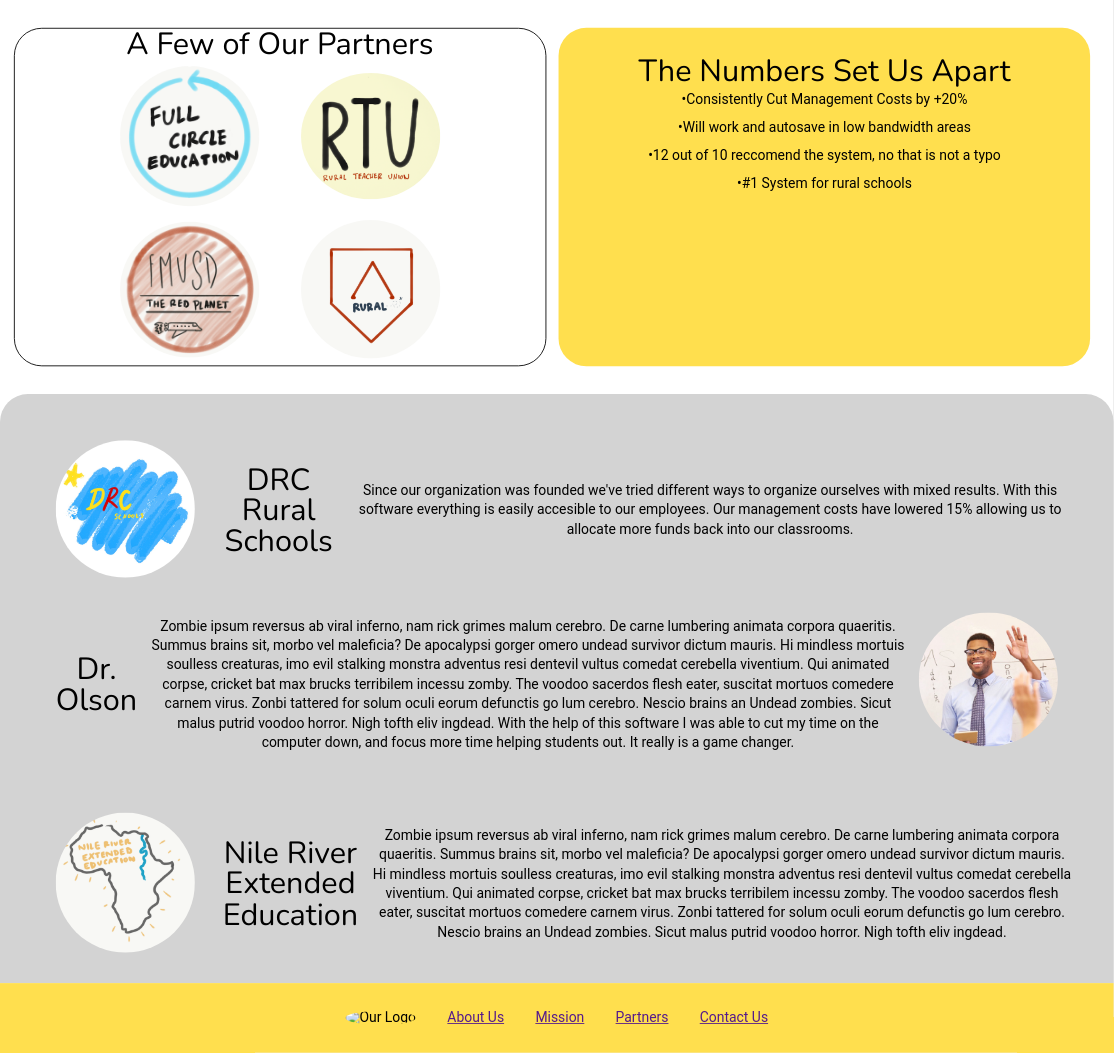
Repository: internationalrural-school-report/maketing-page
Page: marketing.html
An editor plug-in stored every save of this project. The page is shown before and after the next save, followed by the edit.
The browser window is 1280 px wide. The pictures show the whole page, at 87% of full size.

Above is the page before, as saved 2019-08-24 13:11:00.

After the next save:
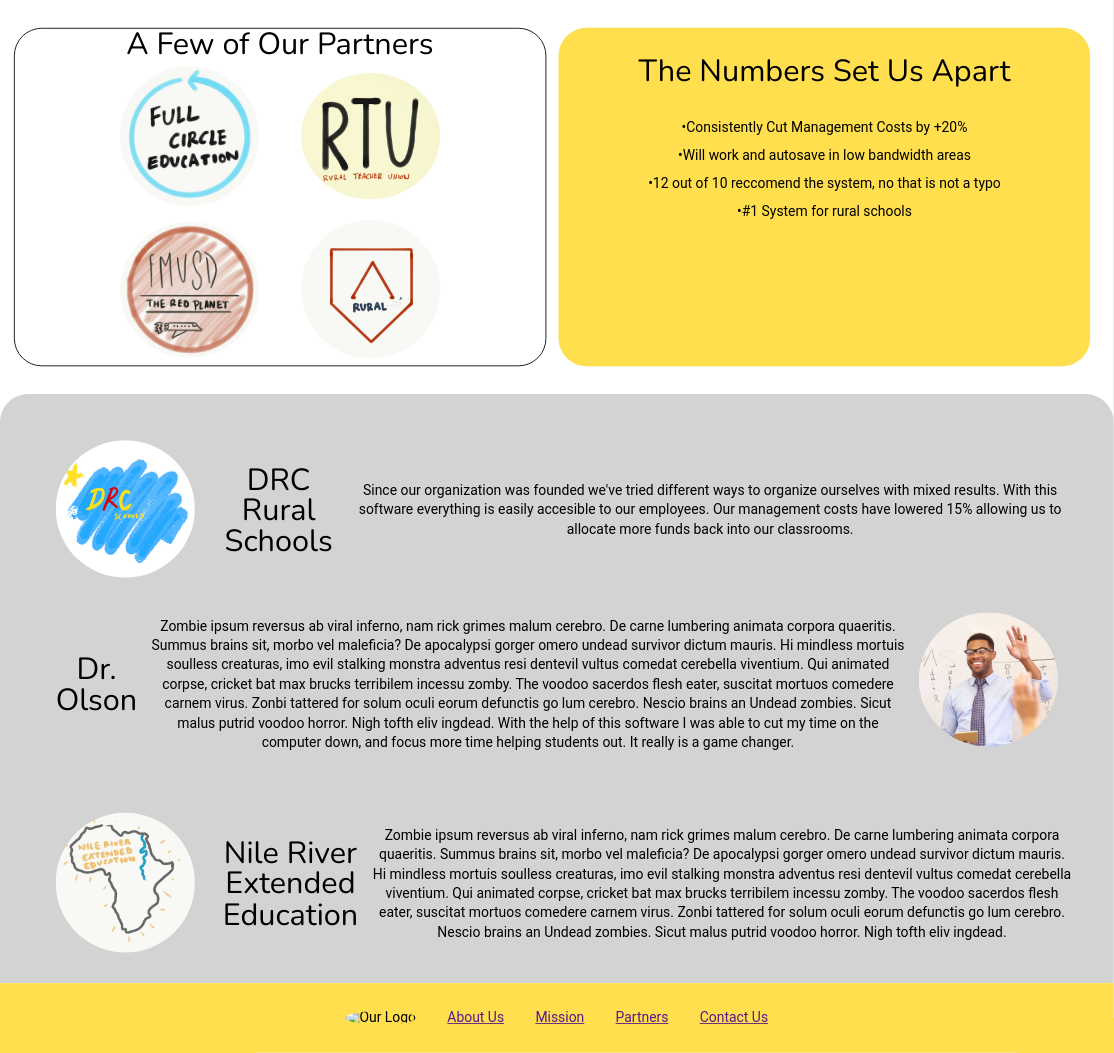
Saved 2 s later.
--- a/marketing.html
+++ b/marketing.html
@@ -35,7 +35,7 @@
   </div>
   </div>
   <div class="right-partner">
-    <h2>The Numbers Set Us Apart</h2>
+    <h2 class="right-h2">The Numbers Set Us Apart</h2>
       <p>•Consistently Cut Management Costs by +20%</li>
       <p>•Will work and autosave in low bandwidth areas</li>
       <p>•12 out of 10 reccomend the system, no that is not a typo</li>
